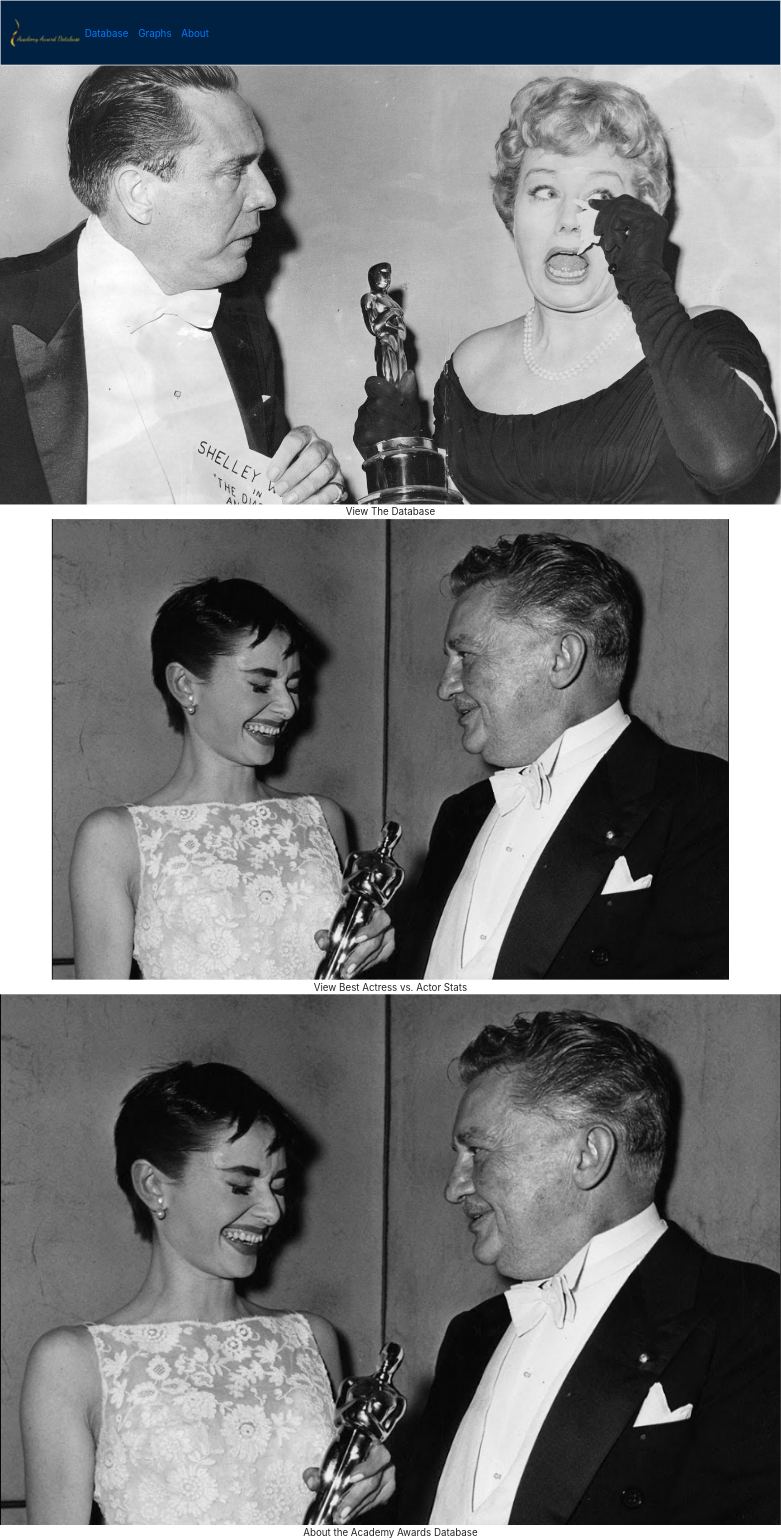
Repository: JackFino/Academy-Awards-Database
Page: html/index.html
The author's editor kept a record of every edit. The page is drawn from the files as they stood at one moment, then again after the next edit.
The browser window is 1280 px wide. The pictures show the whole page, at 61% of full size.

Above is the page before.

### html/index.html
<!DOCTYPE html>
<html lang="en">

<head>
    <meta charset="UTF-8">
    <meta name="viewport" content="width=device-width, initial-scale=1.0">
    <meta http-equiv="X-UA-Compatible" content="ie=edge">
    <title>Academy Awards Database Homepage </title>

    <link rel="stylesheet" href="../css/style.css" type="text/css" />
    <link rel="stylesheet" href="../plugs/bootstrap.min.css" type="text/css" />
    <link rel="stylesheet" href="../plugs/animate.css" type="text/css" />

</head>

<body style="background-color:#ffffff;text-align:center;">

    <nav class="navbar navbar-fixed-top navbar-expand-lg" id="navbar">
        <a href="#">  <img src="../logo.png" alt="Academy Awards Database Logo"> </a>
        <ul class="navbar-nav mr-auto">

            <li class="nav-item active">
                <a class="nav-link" href="#firstsection"> Database <span class="sr-only">(current)</span></a>
            </li>
            <li class="nav-item">
                <a class="nav-link" href="#secondsection"> Graphs </a>
            </li>
            <li class="nav-item">
                <a class="nav-link" href="#thirdsection">About</a>
            </li>
        </ul>
    </nav>

    <div class="database-container">
        <a="html/datapage.html"> <img src="../Database-pic.jpg" alt="View The Academy Awards Database" class="image" height="20%" width="100%">
            <div class="middle">
                <div class="text">View The Database</div>
            </div>
            </a>
    </div>
    </div>



    <div class="graphs container">
        <a="html/graphs.html"> <img src="../ahow.jpg" alt="View Best Actress vs. Actor Graphs" class="image" height="20%" width="100%">
            <div class="middle">
                <div class="text">View Best Actress vs. Actor Stats</div>
            </div>
            </a>
    </div>



     <div class="about-container">
        <a="html/about.html"> <img src="../ahow.jpg" alt="View Best Actress vs. Actor Graphs" class="image" height="20%" width="100%">
            <div class="middle">
                <div class="text">About the Academy Awards Database</div>
            </div>
            </a>
    </div>




</body>

</html>

### css/style.css
@import url("https://fonts.googleapis.com/css?family=Quicksand:100,200,300,400,500,600,700|Exo:100,200,300,400,500,600,700");


/*----Navbar----*/

.navbar{
    border: .5px solid #dedede;
    border-radius: 2px;
    display: inline;
    margin: 0;
    overflow: hidden;
    width: 100%;
    height: 50%
    padding: 0;
    position: fixed;
    top: 0;
    -webkit-position: -webkit-fixed;
    -moz-position: fixed;
    -o-position: fixed;
    z-index: 3;
    background-color: #002142;
    ;

}



.mt-n1 {
  margin-top: -0.25rem !important;
}








/*---Datatable----*/


#nominees-table {

}


#instructions {
  text-align: center;
  font-size: larger;
}

Loaded but not shown: plugs/bootstrap.min.css (library); plugs/animate.css (library)

After the next edit:
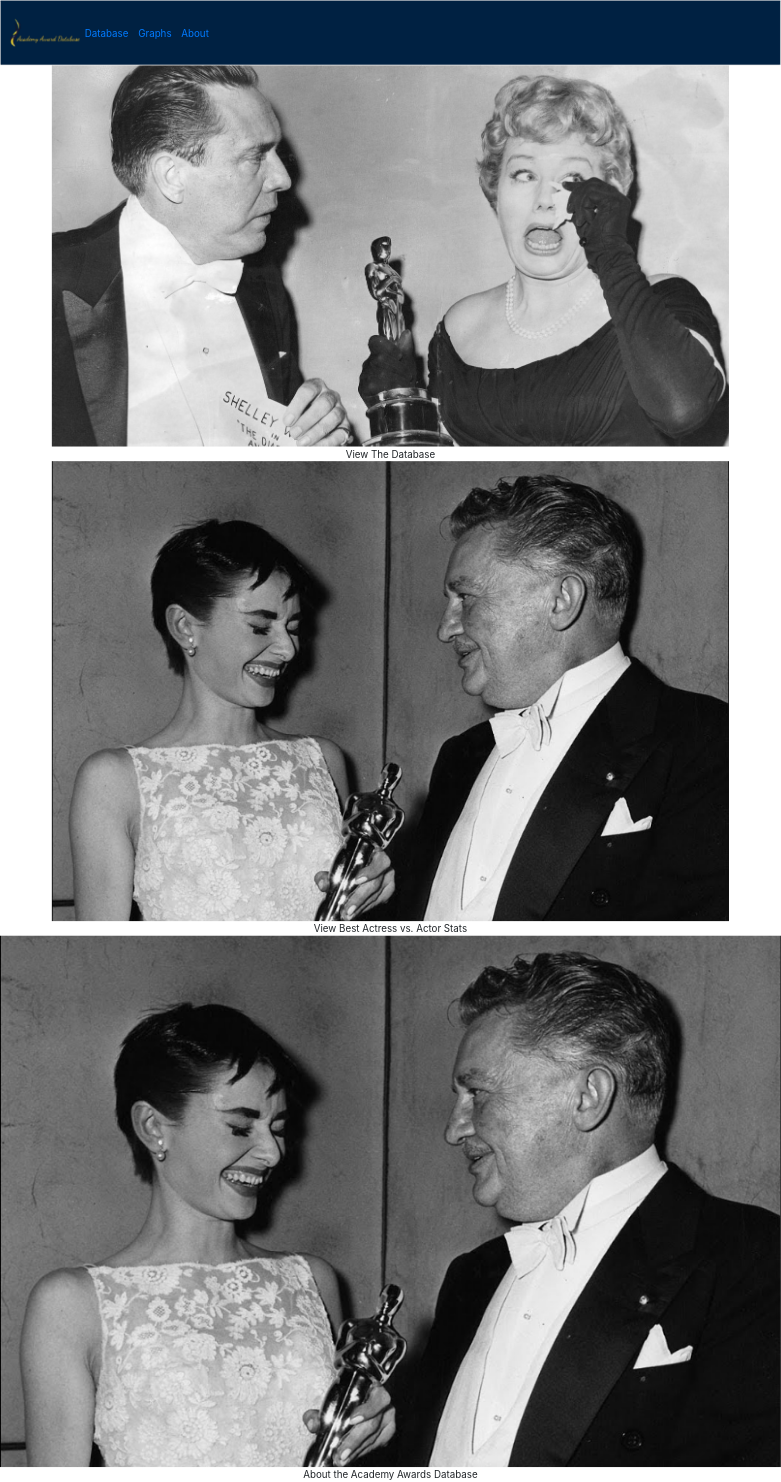
The edit:
--- a/html/index.html
+++ b/html/index.html
@@ -31,7 +31,7 @@
         </ul>
     </nav>
 
-    <div class="database-container">
+    <div class="database container">
         <a="html/datapage.html"> <img src="../Database-pic.jpg" alt="View The Academy Awards Database" class="image" height="20%" width="100%">
             <div class="middle">
                 <div class="text">View The Database</div>
